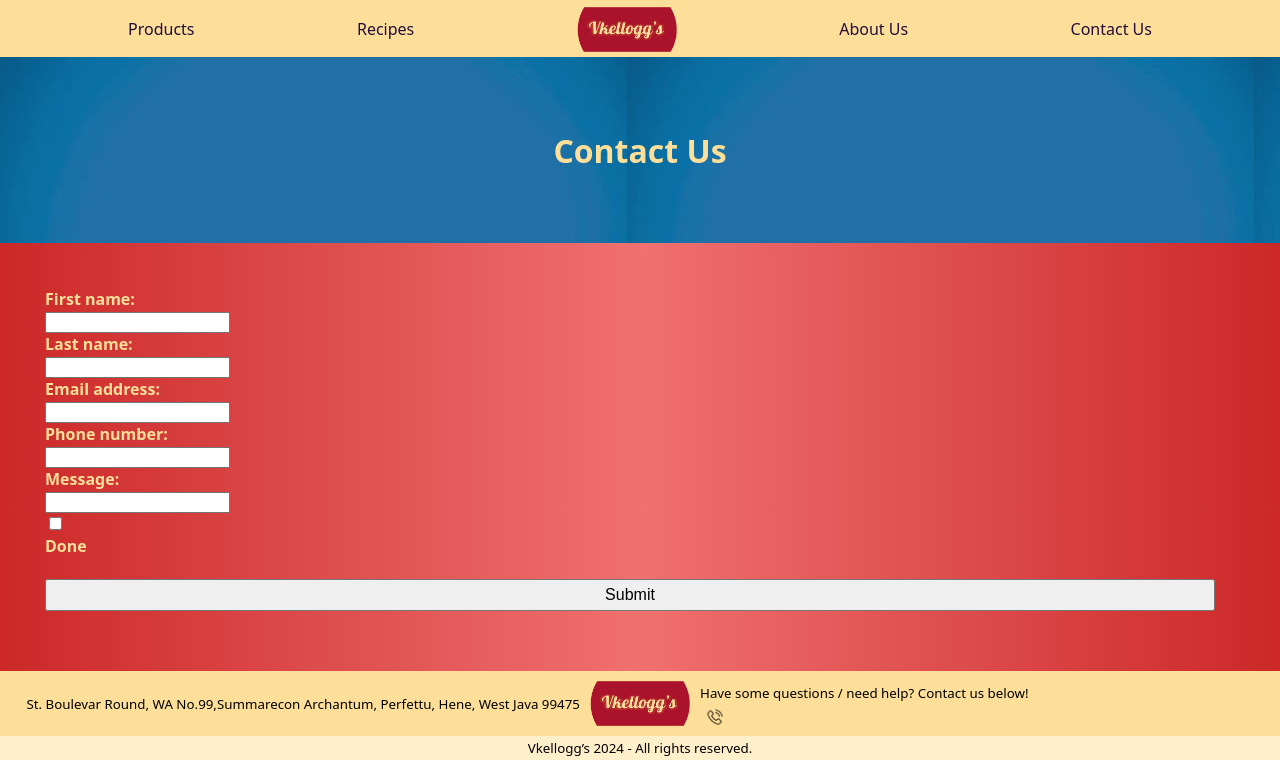
Repository: sugralld/VKelloggs
Page: Code and Assets/html/contactus.html
These files come from the project's save history. The page is drawn as it stood at one moment and after the next save; the edit follows.
The browser window is 1280 px wide. The pictures show the whole page.

Above is the page before, as saved 2024-12-03 21:30:56.

### Code and Assets/html/contactus.html
<!DOCTYPE html>
<html lang="en">
<head>
    <meta charset="UTF-8">
    <meta name="viewport" content="width=device-width, initial-scale=1.0">
    <title>Contact Us | Vkellogg's</title>
    <link rel="stylesheet" href="../css/headerfooternavbar.css">
    <link rel="stylesheet" href="../css/contactus.css">
</head>
<body>
    <!-- header navigation -->
    <header>
        <nav>
            <div class="navbar-menu">
                <div><a class="navbar-link1" href="../html/products.html">Products</a></div>
                <div><a class="navbar-link2" href="../html/recipes.html">Recipes</a></div>
                <div class="navbar-link3"><a href="../html/homepage.html"><img src="../asset/Screenshot 2024-05-30 105858.png" width="100" height="45" alt=""></a></div>
                <div><a class="navbar-link4" href="../html/aboutus.html">About Us</a></div>
                <div><a class="navbar-link5" href="../html/contactus.html">Contact Us</a></div>
            </div>
        </nav>
    </header>

    <!-- Header Contact Us -->
    <div class="header">
        <h1>Contact Us</h1>
    </div>

    <!-- Form Contact Us -->
     <div class="form">
        <form action="" method = "post">
            <div class="formformat">
                <label for="firstname">First name: </label>
            <input type="text" name="firstname" id="firstname">
            <br>

            <label for="lastname">Last name: </label>
            <input type="text" name="lastname" id="lastname">
            <br>

            <label for="email">Email address: </label>
            <input type="text" name="email" id="email">
            <br>

            <label for="phonenum">Phone number: </label>
            <input type="text" name="phonenum" id="phonenum">
            <br>

            <label for="message">Message: </label>
            <input type="text" name="message" id="message">
            <br>
            <div class="checkbox">
                <input type="checkbox" name="agreement" id="agreement">
                <label for="agreement">Done</label>
            </div>
            <br>
            <div class="button-container">
                <button type="button" onclick="validateData()">Submit</button>
            </div>
            </div>
        </form>
        <script src="../js/contactus.js"></script>
     </div>

     <!-- Footer -->
    <footer class="footer">
        <div class="upperfooter">
            <div class="footert1"><p>St. Boulevar Round, WA No.99,Summarecon Archantum, Perfettu, Hene, West Java 99475</p></div>
            <div class="footert2"><img src="../asset/Screenshot 2024-05-30 105858.png" width="100" height="45" alt=""></div>
            <div class="footert3">
                <p class="footert4">Have some questions / need help? Contact us below!</p>
                <a href="../html/contactus.html"><img src="../asset/image-removebg-preview (27).png" width="30" height="auto" alt=""></a>
            </div>
        </div>
        <div class="lowerfooter">
            <p class="textlowerfooter">Vkellogg’s 2024  -  All rights reserved.
            </p>
        </div>
     </footer>

</body>
</html>

### Code and Assets/css/headerfooternavbar.css
body {
    margin: 0;
    font-family: system-ui;
}

.navbar-menu{
    display: flex;
    justify-content: space-between;
    align-items: center;
    padding: 0px 10%;
    background-color: #FEDF99;
}

a:hover{
    background-color: #F5F5F5;
    border-radius: 30px;
    color: #CC2828;
}

.navbar-link1,.navbar-link2,.navbar-link4,.navbar-link5{
    font-family: system-ui;
    font-weight: 500;
    text-decoration: none;
    color: #230D3B;
}

.navbar-link3{
    display: block;
    margin-top: 0.7%;
    margin-bottom: 0px;
}

.footer{
    position: bot;
}

.upperfooter{
    display: flex;
    background-color: #FEDF99;
    justify-content: center;
    align-items: center;
}

.footert1,.footert3{
    padding: 0px 10px;
    display: block;
    width: 1200px;
    font-size: smaller;
}

.footert1{
    text-align: right;
}

.footert3{
    text-align: left;
}

.footert2{
    margin-top: 4px;
}

.lowerfooter{
    background-color: #FFEFCB;
    padding: 0;
    margin: 0px;
}

.textlowerfooter{
    margin: 0;
    padding: 3px;
    font-size: smaller;
    text-align: center;
}

.footert4{
    margin-bottom: 0;
}

### Code and Assets/css/contactus.css
.header{
    background-image: url(../asset/copydesktop-wallpaper-kellogg-s-frosted-flakes-breakfast-cereal-original-33-5-oz-box.jpg);
    display: block;
    padding: 50px;
    text-align: center;
    color: #FEDF99;
}

.form{
    background: linear-gradient(0.25turn,#CC2828,#F07070,#CC2828);
    padding: 45px;
    font-weight: bold;
    color: #FEDF99;
}

.form label{
    display: block;
}

.form .input[type="text"],
.form .formformat button {
    width: calc(100% - 20px);
    max-width: 100%; /* Mencegah input melampaui layar */
    margin: 0 auto 15px; /* Jarak antar elemen */
    padding: 5px; /* Tambahkan padding untuk kenyamanan pengguna */
    box-sizing: border-box; /* Termasuk padding dalam perhitungan lebar */
    font-family: Arial, sans-serif; /* Ubah font */
    font-size: 16px;
}

.form .checkbox-container{
    display: flex;
}

.form .button-container{
   padding: 0px;

}

### Code and Assets/js/contactus.js
function wordLen(str) {
    const value = str.trim().split(/\s+/);
    return value.length;
}

function checkAlphaNum(password){
    var isAlpha = false;
    var isNum = false;
    for(let i=0; i<password.length; i++){
        if(isNaN(password[i])){
            isAlpha = true;
        }
        else{
            isNum = true;
        }

        if(isAlpha || isNum){
            return true;
        }
    }
    return false;
}


function validateData(){
    var firstname = document.getElementById("firstname");
    var lastname = document.getElementById("lastname");
    var email = document.getElementById("email");
    var phonenum = document.getElementById("phonenum");
    var message = document.getElementById("message");
    var agreement = document.getElementById("agreement");

    if(!checkAlphaNum(firstname.value)){
        alert("First name must be alphabet!");
    }
    else if(!checkAlphaNum(lastname.value)){
        alert("Last name must be alphabet!");
    }
    else if(!email.value.endsWith("@gmail.com")){
        alert("Email must end with '@gmail.com'!");
    }
    else if(!checkAlphaNum(phonenum.value)){
        alert("Phone number must be numeric!");
    }
    else if(wordLen(message.value)<5){
        alert("Message must be at least 5 words!");
    }
    else if(!agreement.checked){
        alert("'Done' checkbox must be checked!");
    }
    else{
        alert("Message Submitted.");
    }

}

After the next save:
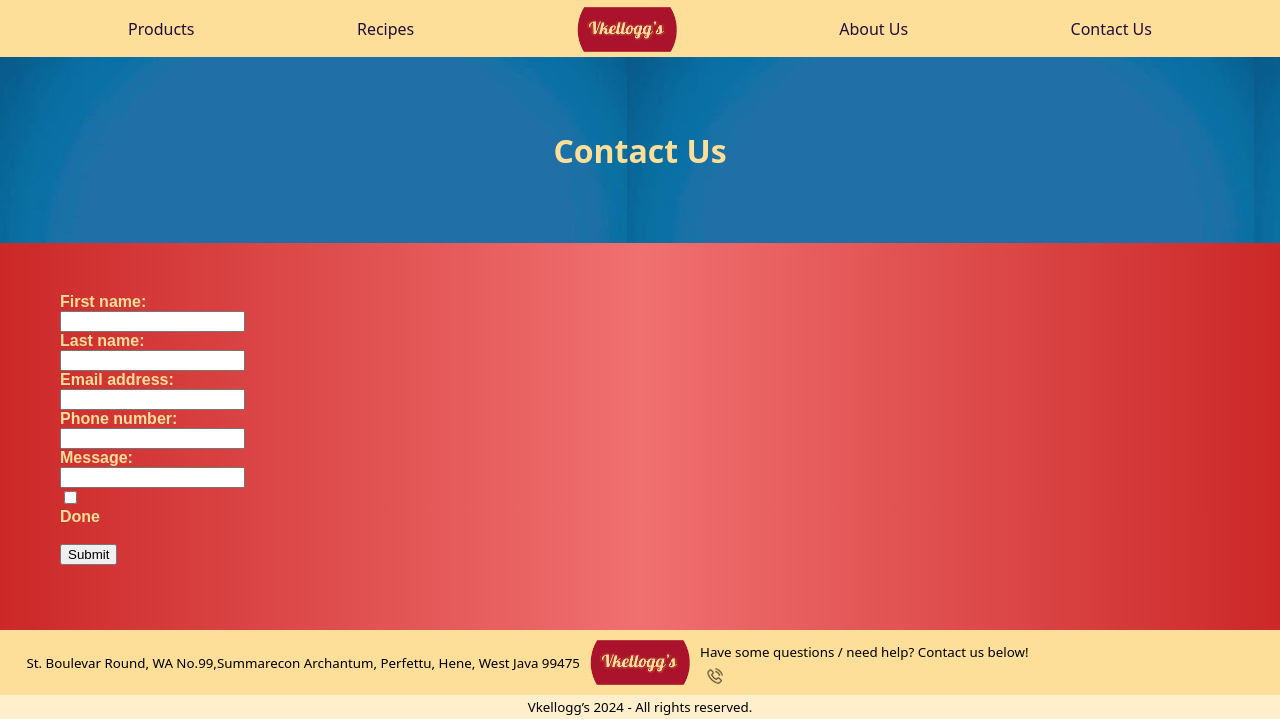
Saved 81 s later.
--- a/Code and Assets/css/contactus.css
+++ b/Code and Assets/css/contactus.css
@@ -18,7 +18,7 @@
 }
 
 .form .input[type="text"],
-.form .formformat button {
+.form .formformat  {
     width: calc(100% - 20px);
     max-width: 100%; /* Mencegah input melampaui layar */
     margin: 0 auto 15px; /* Jarak antar elemen */

After the save that followed:
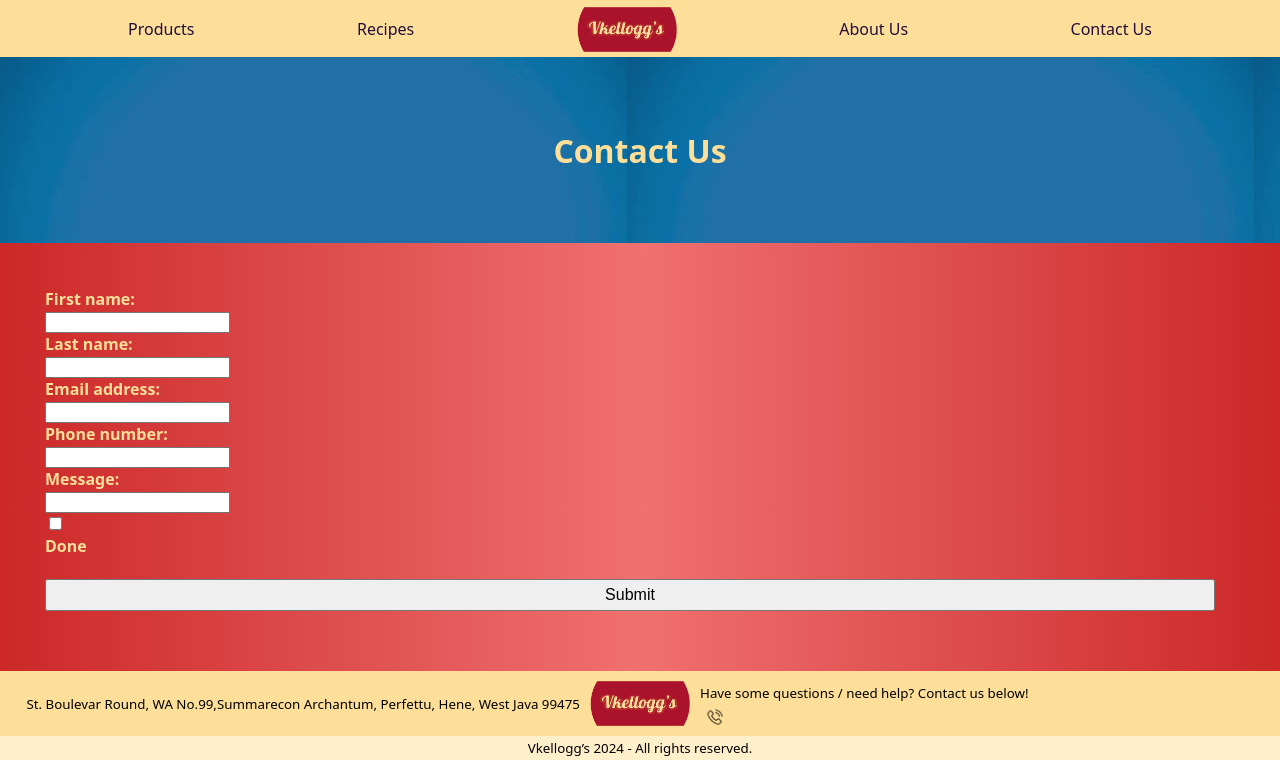
Saved 8 s later.
--- a/Code and Assets/css/contactus.css
+++ b/Code and Assets/css/contactus.css
@@ -18,7 +18,7 @@
 }
 
 .form .input[type="text"],
-.form .formformat  {
+.form .formformat button {
     width: calc(100% - 20px);
     max-width: 100%; /* Mencegah input melampaui layar */
     margin: 0 auto 15px; /* Jarak antar elemen */
